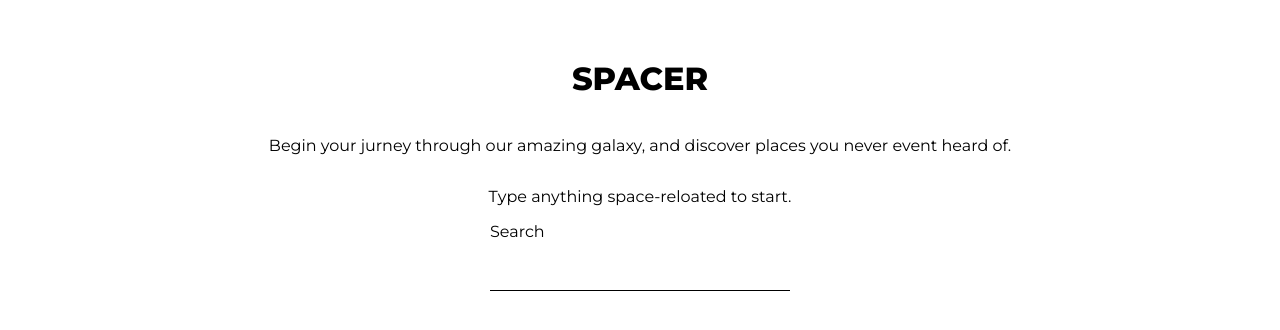
Repository: kamilluc/space-vue
Page: /#/
These files come from the project's save history. The page is drawn as it stood at one moment and after the next save; the edit follows.
The browser window is 1280 px wide. The pictures show the whole page.
The project was rebuilt for these pictures with package versions that can differ from the ones it lists, and the page was loaded fresh each time. Also part of the build but not shown: src/views/About.vue.

Above is the page before, as saved 2018-08-08 23:06:02.

### public/index.html
<!DOCTYPE html>
<html lang="en">
  <head>
    <meta charset="utf-8">
    <meta http-equiv="X-UA-Compatible" content="IE=edge">
    <meta name="viewport" content="width=device-width,initial-scale=1.0">
    <link rel="icon" href="<%= BASE_URL %>favicon.ico">
    <title>space-vue</title>
  </head>
  <body>
    <noscript>
      <strong>We're sorry but space-vue doesn't work properly without JavaScript enabled. Please enable it to continue.</strong>
    </noscript>
    <div id="app"></div>
    <!-- built files will be auto injected -->
  </body>
</html>

### src/App.vue
<template>
  <div class="app">
    <!-- <div class="nav">
      <router-link to="/">spacer</router-link>
      <router-link to="/about">about</router-link>
    </div> -->
    <router-view />
  </div>
</template>

<style lang="scss">
@import url("https://fonts.googleapis.com/css?family=Montserrat:300,400,600,800");

* {
  box-sizing: border-box;
}
body {
  font-family: "Montserrat", sans-serif;
}
</style>

### src/router.js
import Vue from "vue";
import Router from "vue-router";
import Search from "./views/Search.vue";
import About from "./views/About.vue";

Vue.use(Router);

export default new Router({
  routes: [
    {
      path: "/",
      name: "Search",
      component: Search
    },
    {
      path: "/about",
      name: "About",
      component: About
    }
  ]
});

### src/views/Search.vue
<template>
  <div class="wrapper">
    <Claim />
    <div class="search">
      <label for="search">Search</label>
      <input type="text" id="search"
      name="search"
      v-model="searchValue"
      @input="handleInput"
      />
      <!-- <ul>
      <li v-for="item in results" :key="item.data[0].nasa_id">
          <p>{{item.data[0].description}}</p>
      </li>
      </ul> -->
    </div>
  </div>
</template>

<script>
import axios from "axios";
import debounce from "lodash.debounce";
import Claim from "@/components/Claim";
const API = "https://images-api.nasa.gov/search?q=";

export default {
  name: "Search",
  components: { Claim },
  data() {
    return {
      searchValue: "",
      results: []
    };
  },
  methods: {
    // handleInput(e) {
    //   axios
    //     .get(`${API}${this.searchValue}&media_type=image`)
    //     .then(res => {
    //       console.log(res);
    //     })
    //     .catch(err => {
    //       console.log(err);
    //     });
    // }

    handleInput: debounce(function() {
      axios
        .get(`${API}${this.searchValue}&media_type=image`)
        .then(res => {
          // console.log(res);
          this.results = res.data.collection.items;
        })
        .catch(err => {
          console.log(err);
        });
    }, 500)
  }
};
</script>

<style lang="scss" scoped>
.wrapper {
  display: flex;
  flex-direction: column;
  align-items: center;
  margin: 0;
  padding: 30px;
  width: 100%;
}

.search {
  width: 300px;
  display: flex;
  flex-direction: column;

  label {
    font-family: Montserrat, sans-serif;
  }

  input {
    height: 50px;
    border: 0;
    border-bottom: 1px solid black;
  }
}
</style>

### src/components/Claim.vue
<template>
  <div class="claim-wrapper">
    <h1 class="claim">SPACER</h1>
    <p class="subclaim">
        Begin your jurney through our amazing galaxy,
        and discover places you never event heard of.
    </p>
     <p class="subclaim">
        Type anything space-reloated to start.
    </p>
  </div>
</template>

<script>
export default {
  name: "Claim"
};
</script>

<style lang="scss" scoped>
.claim-wrapper {
  text-align: center;
  display: flex;
  flex-direction: column;
  justify-content: center;
  align-items: center;
}
</style>

Loaded but not shown: src/main.js (common file)

After the next save:
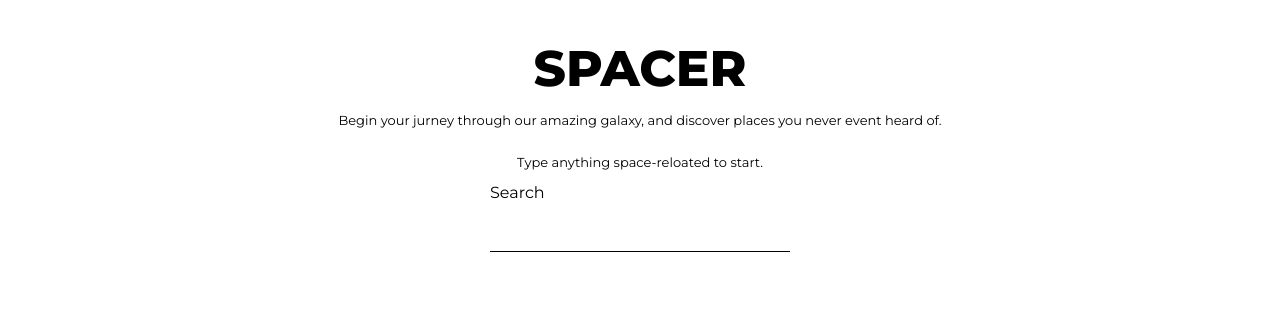
Saved 87 s later.
--- a/src/components/Claim.vue
+++ b/src/components/Claim.vue
@@ -25,4 +25,14 @@
   justify-content: center;
   align-items: center;
 }
+
+.claim {
+  font-size: 50px;
+  margin: 0;
+}
+
+.subclaim {
+  margin-top: 20px 0 0 0;
+  font-size: 13px;
+}
 </style>
